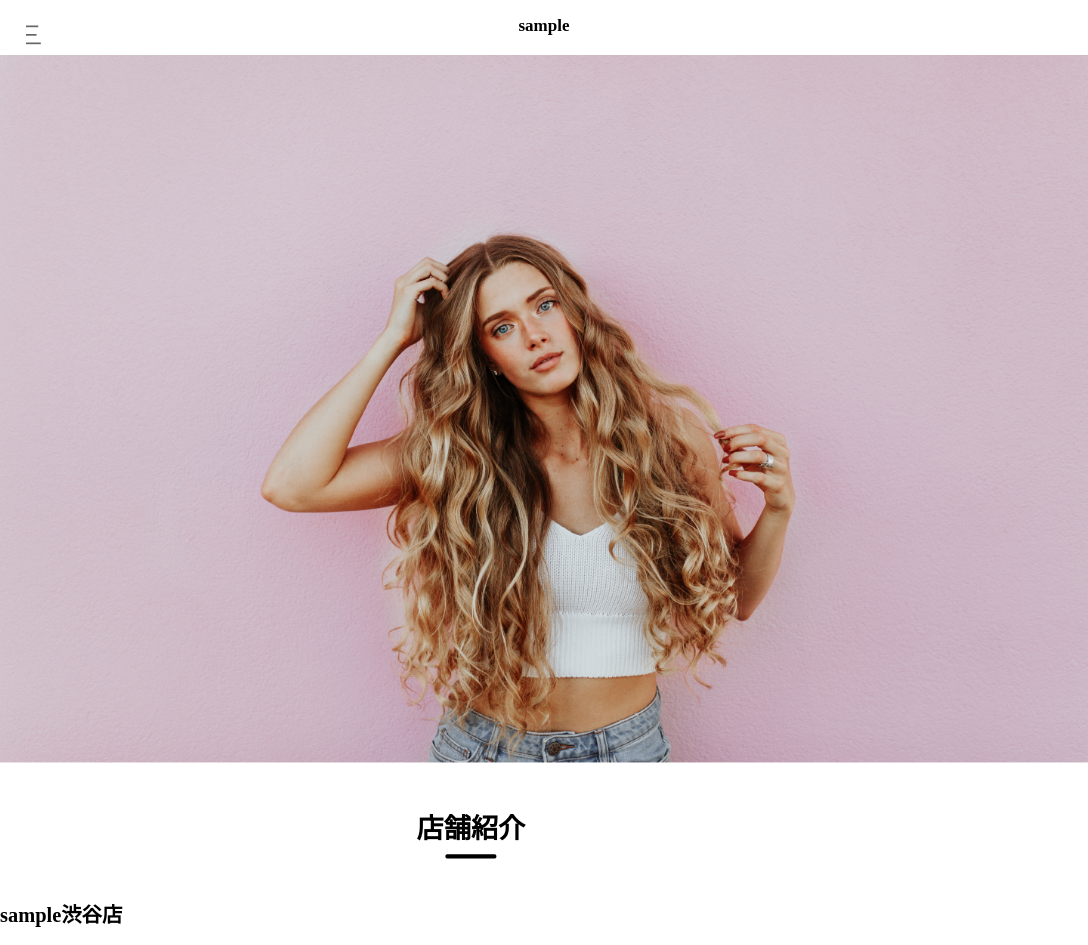
Repository: hayashikazuki/side_job_tenp_hayashi
Page: salon-tenp/profile.html
The author's editor kept a record of every edit. The page is drawn from the files as they stood at one moment, then again after the next edit.
The browser window is 1280 px wide. The pictures show the whole page, at 85% of full size.
Some web libraries are served in a nearby version.

Above is the page before.

After the next edit:
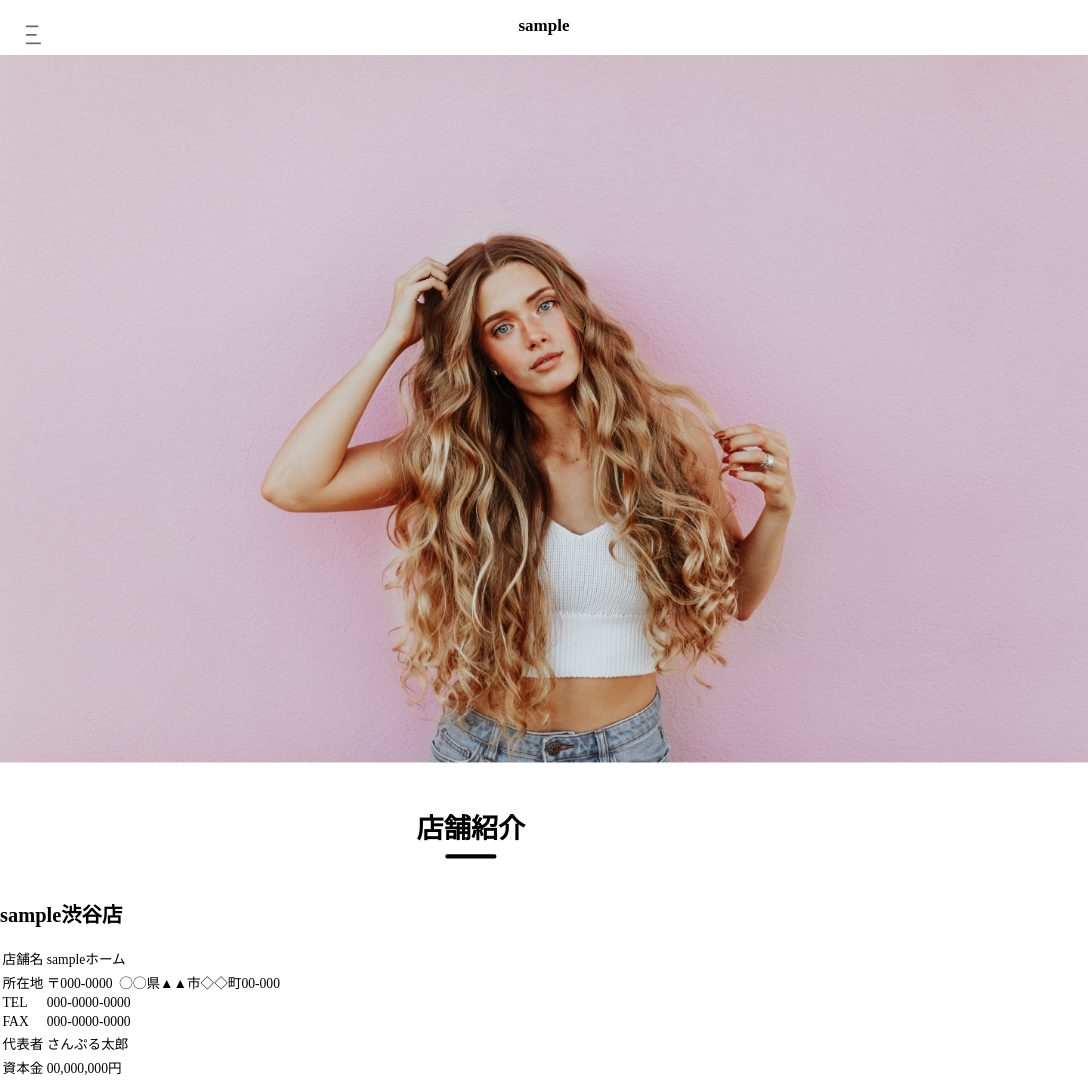
The edit:
--- a/salon-tenp/profile.html
+++ b/salon-tenp/profile.html
@@ -55,7 +55,32 @@
                 <img src="">
             </div>
             <div class="info">
-
+                <table class="table table-striped">
+                <tr>
+                    <td><p>店舗名</p></td>
+                    <td><p>sampleホーム</p></td>
+                </tr>
+                <tr>
+                    <td><p>所在地</p></td>
+                    <td><p>〒000-0000&nbsp;&nbsp;◯◯県▲▲市◇◇町00-000</p></td>
+                </tr>
+                <tr>
+                    <td><p>TEL</p></td>
+                    <td><p>000-0000-0000</p></td>
+                </tr>
+                <tr>
+                    <td><p>FAX</p></td>
+                    <td><p>000-0000-0000</p></td>
+                </tr>
+                <tr>
+                    <td><p>代表者</p></td>
+                    <td><p>さんぷる太郎</p></td>
+                </tr>
+                <tr>
+                    <td><p>資本金</p></td>
+                    <td><p>00,000,000円</p></td>
+                </tr>
+            </table>
             </div>
             </div>
         </section>
